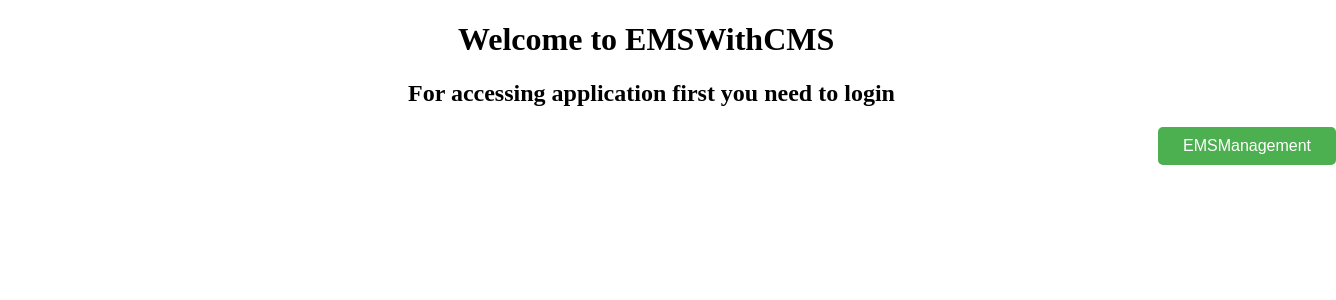
Repository: varnittyagi120/javaproject2
Page: eclipse-workspaceone/CMSWithEMSUsingServletInOptmiseWay/WebContent/index.html
An editor plug-in stored every save of this project. The page is shown before and after the next save, followed by the edit.
The browser window is 1280 px wide. The page is 1336 px wide, then 1280 px, so the pictures cover 1336 px, including what lies to the right of the window. The pictures show the whole page.

Above is the page before, as saved 2019-11-19 09:25:53.

### eclipse-workspaceone/CMSWithEMSUsingServletInOptmiseWay/WebContent/index.html
<!DOCTYPE html>
<html>
<style>
.button{
  background-color: #4CAF50;
  border: none;
  color: white;
  padding: 10px 25px;
  text-align: center;
  text-decoration: none;
  display: inline-block;
  font-size: 16px;

  border-radius:5px;
}

</style>
<body>
        <h1 style='margin-left:450px'>Welcome to EMSWithCMS</h1>
        <h2 style='margin-left:400px'>For accessing application first you need to login</h2>
	    <a href = "StartOfEMS"><button style='margin-left:1150px'class="button" >EMSManagement</button></a><br><br>
</body>
</html>

After the next save:
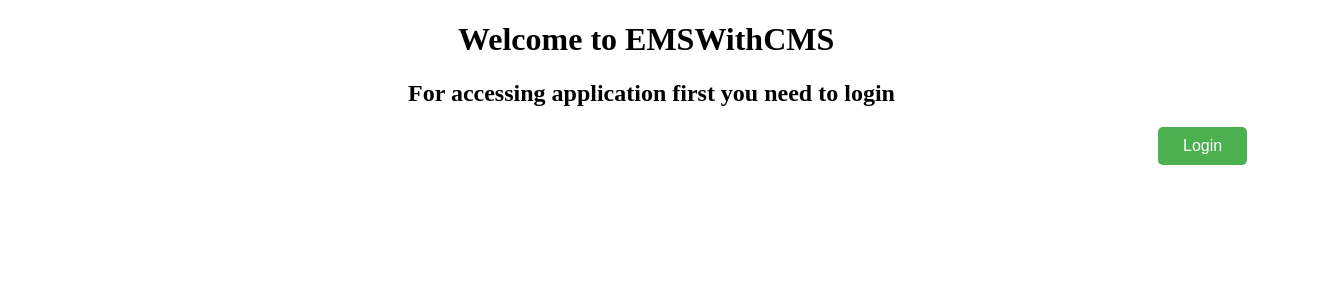
Saved 17 s later.
--- a/eclipse-workspaceone/CMSWithEMSUsingServletInOptmiseWay/WebContent/index.html
+++ b/eclipse-workspaceone/CMSWithEMSUsingServletInOptmiseWay/WebContent/index.html
@@ -18,6 +18,6 @@
 <body>
         <h1 style='margin-left:450px'>Welcome to EMSWithCMS</h1>
         <h2 style='margin-left:400px'>For accessing application first you need to login</h2>
-	    <a href = "StartOfEMS"><button style='margin-left:1150px'class="button" >EMSManagement</button></a><br><br>
+	    <a href = "StartOfEMS"><button style='margin-left:1150px'class="button" >Login</button></a><br><br>
 </body>
 </html>
